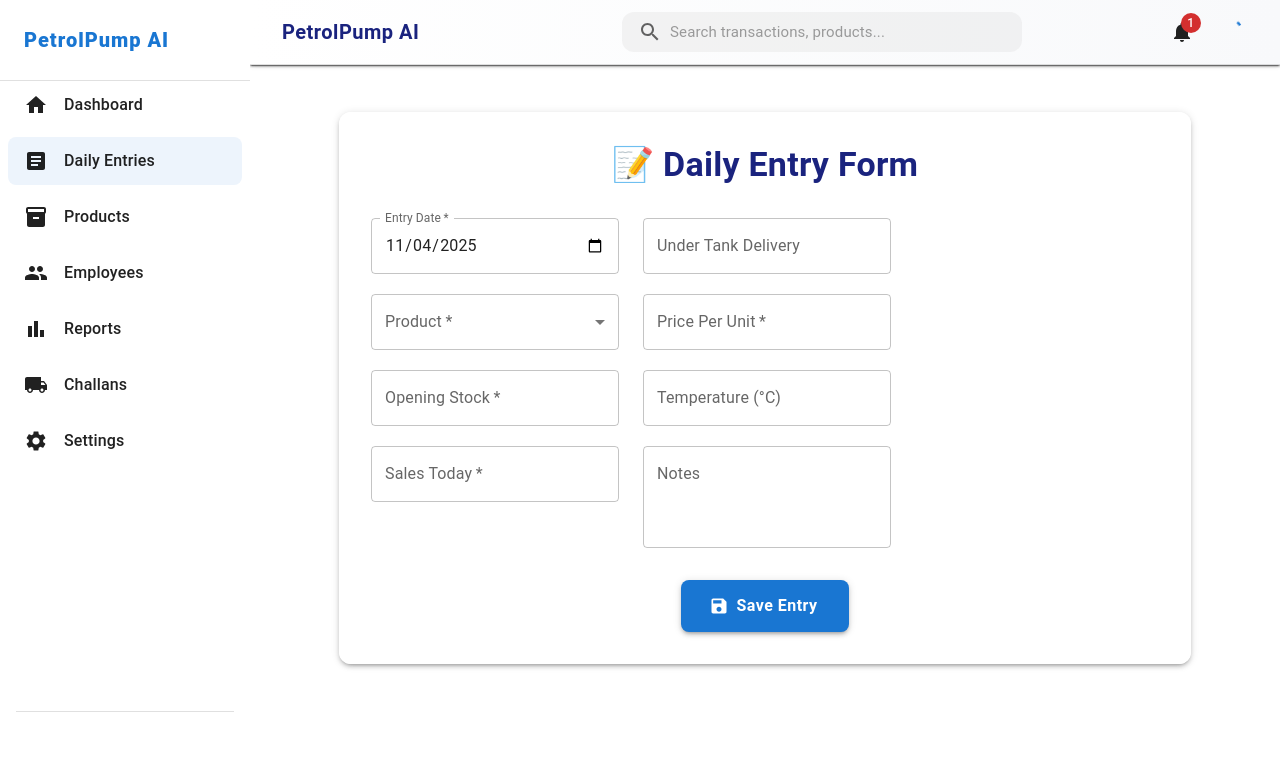
Repository: saquib0509/AI-Enabled-Retail-Management-
Page: /entries (app in frontend/)
The author's editor kept a copy of each file at every save. The page is drawn from the files as they stood at one save, then again after the next save.
The browser window is 1280 px wide. The pictures show the whole page.
The page's requests for data from a server got no answer. The project was rebuilt for these pictures with package versions that can differ from the ones it lists, and the page was loaded fresh each time. No one was signed in, and anything a server would have sent is missing. Also part of the build but not shown: frontend/vite.config.ts, frontend/src/pages/Dashboard.tsx, frontend/src/components/EmployeeList.tsx, frontend/src/components/EmployeeForm.tsx, frontend/src/components/EmployeeAttendance.tsx, frontend/src/components/EmployeeSalary.tsx, frontend/src/pages/Employees.tsx, frontend/src/pages/Products.tsx and 10 more.

Above is the page before, as saved 2025-11-08 23:12:22.

After the next save:
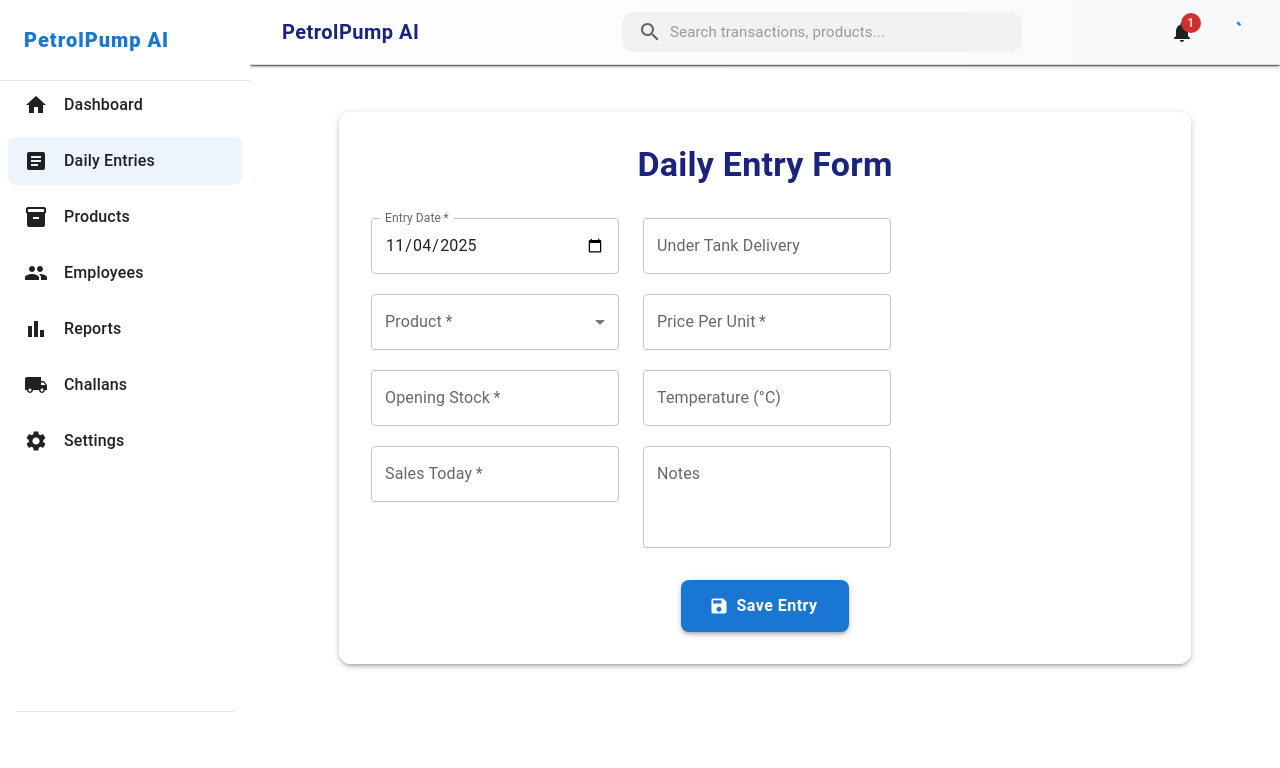
Saved 5 s later.
--- a/frontend/src/components/DailyEntryForm.tsx
+++ b/frontend/src/components/DailyEntryForm.tsx
@@ -110,7 +110,7 @@ const DailyEntryForm: React.FC = () => {
           gutterBottom
           sx={{ fontWeight: 700, color: "#1a237e", mb: 4 }}
         >
-          📝 Daily Entry Form
+          Daily Entry Form
         </Typography>
 
         <Box
